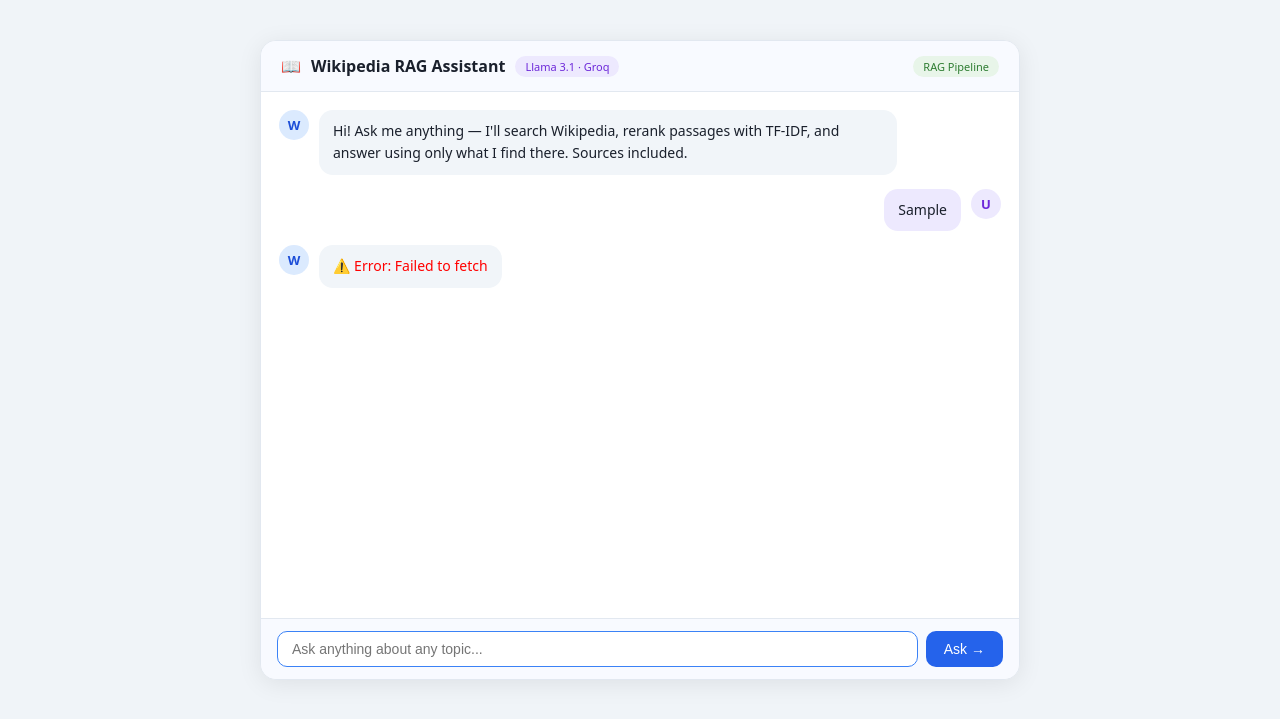
Repository: Nithyashree-1810/wikipedia_rag
Page: frontend/index.html
The author's editor kept a copy of each file at every save. The page is drawn from the files as they stood at one save, then again after a run of saves.
The browser window is 1280 px wide. The pictures show the whole page.
Empty fields were first filled with sample values (such as "Sample", 5 or name@example.com).
After loading, the first visible `#btn` was clicked once.
The page's requests for data from a server got no answer.

Above is the page before, as saved 2026-07-18 14:54:54.

### frontend/index.html
<!DOCTYPE html>
<html lang="en">
<head>
  <meta charset="UTF-8" />
  <meta name="viewport" content="width=device-width, initial-scale=1.0"/>
  <title>Wikipedia RAG Assistant</title>
  <link rel="stylesheet" href="/static/style.css" />
</head>
<body>
<div class="app">
  <div class="header">
    <span>📖</span>
    <h1>Wikipedia RAG Assistant</h1>
    <span class="model-tag">Llama 3.1 · Groq</span>
    <span class="badge">RAG Pipeline</span>
  </div>

  <div class="messages" id="messages">
    <div class="msg">
      <div class="avatar bot">W</div>
      <div class="bubble bot">
        Hi! Ask me anything — I'll search Wikipedia, rerank passages with TF-IDF, and answer using only what I find there. Sources included.
      </div>
    </div>
  </div>

  <div class="suggestions" id="suggestions"></div>

  <div class="input-row">
    <input id="inp" placeholder="Ask anything about any topic..." />
    <button id="btn" onclick="ask()">Ask →</button>
  </div>
</div>
<script src="/static/app.js"></script>
</body>
</html>

### frontend/style.css
* { box-sizing: border-box; margin: 0; padding: 0; }

body {
  font-family: system-ui, sans-serif;
  background: #f0f4f8;
  color: #1a202c;
  min-height: 100vh;
  display: flex;
  align-items: center;
  justify-content: center;
}

.app {
  width: 760px;
  height: 640px;
  display: flex;
  flex-direction: column;
  background: #fff;
  border-radius: 16px;
  border: 1px solid #e2e8f0;
  overflow: hidden;
  box-shadow: 0 4px 24px rgba(0,0,0,0.08);
}

.header {
  padding: 14px 20px;
  border-bottom: 1px solid #e2e8f0;
  background: #f8faff;
  display: flex;
  align-items: center;
  gap: 10px;
}
.header h1 { font-size: 16px; font-weight: 600; }
.badge {
  margin-left: auto;
  font-size: 11px;
  background: #e8f5e9;
  color: #2e7d32;
  padding: 3px 10px;
  border-radius: 20px;
  font-weight: 500;
}
.model-tag {
  font-size: 11px;
  background: #ede9fe;
  color: #6d28d9;
  padding: 3px 10px;
  border-radius: 20px;
}

.messages {
  flex: 1;
  overflow-y: auto;
  padding: 18px;
  display: flex;
  flex-direction: column;
  gap: 14px;
}

.msg { display: flex; gap: 10px; animation: fadeUp 0.2s ease; }
.msg.user { flex-direction: row-reverse; }

@keyframes fadeUp {
  from { opacity: 0; transform: translateY(6px); }
  to   { opacity: 1; transform: translateY(0); }
}

.avatar {
  width: 30px; height: 30px;
  border-radius: 50%;
  display: flex; align-items: center; justify-content: center;
  font-size: 13px; font-weight: 600; flex-shrink: 0;
}
.avatar.bot  { background: #dbeafe; color: #1d4ed8; }
.avatar.user { background: #ede9fe; color: #6d28d9; }

.bubble {
  max-width: 80%;
  padding: 10px 14px;
  border-radius: 14px;
  font-size: 14px;
  line-height: 1.6;
}
.bubble.bot  { background: #f1f5f9; }
.bubble.user { background: #ede9fe; }

.meta {
  font-size: 11px;
  color: #94a3b8;
  margin-top: 5px;
}

.sources { margin-top: 8px; display: flex; flex-wrap: wrap; gap: 5px; }
.pill {
  font-size: 11px;
  background: #dbeafe;
  color: #1d4ed8;
  padding: 3px 9px;
  border-radius: 20px;
  text-decoration: none;
}
.pill:hover { background: #bfdbfe; }

.cached-badge {
  font-size: 10px;
  background: #fef9c3;
  color: #854d0e;
  padding: 2px 7px;
  border-radius: 20px;
  margin-left: 6px;
}

.suggestions {
  display: flex; flex-wrap: wrap; gap: 6px;
  padding: 8px 18px 0;
}
.sug {
  font-size: 12px; padding: 5px 12px;
  border-radius: 20px;
  border: 1px solid #e2e8f0;
  cursor: pointer;
  background: #f8faff;
  color: #64748b;
  transition: all 0.15s;
}
.sug:hover { background: #fff; color: #1a202c; border-color: #94a3b8; }

.input-row {
  padding: 12px 16px;
  border-top: 1px solid #e2e8f0;
  display: flex; gap: 8px;
  background: #f8faff;
}
input {
  flex: 1; padding: 9px 14px;
  border: 1px solid #e2e8f0;
  border-radius: 10px;
  font-size: 14px; outline: none;
  background: #fff;
}
input:focus { border-color: #3b82f6; }

button {
  padding: 9px 18px;
  background: #2563eb; color: #fff;
  border: none; border-radius: 10px;
  font-size: 14px; font-weight: 500;
  cursor: pointer; transition: background 0.15s;
}
button:hover { background: #1d4ed8; }
button:disabled { opacity: 0.5; cursor: not-allowed; }

.dots span { animation: b 1.2s infinite; }
.dots span:nth-child(2) { animation-delay: .2s; }
.dots span:nth-child(3) { animation-delay: .4s; }
@keyframes b { 0%,80%,100%{opacity:0} 40%{opacity:1} }

### frontend/app.js
let sessionId = null;
let history = [];

const suggestions = [
  "Who is Marie Curie?",
  "What is quantum entanglement?",
  "History of the internet",
  "How do black holes form?",
  "What is machine learning?"
];

function renderSuggestions() {
  const box = document.getElementById("suggestions");
  box.innerHTML = suggestions
    .map(s => `<span class="sug" onclick="useSuggestion('${s}')">${s}</span>`)
    .join("");
}

function useSuggestion(text) {
  document.getElementById("inp").value = text;
  document.getElementById("suggestions").style.display = "none";
  ask();
}

function addMessage(role, html, meta = "") {
  const msgs = document.getElementById("messages");
  const div = document.createElement("div");
  div.className = `msg ${role}`;
  div.innerHTML = `
    <div class="avatar ${role}">${role === "bot" ? "W" : "U"}</div>
    <div class="bubble ${role}">
      ${html}
      ${meta ? `<div class="meta">${meta}</div>` : ""}
    </div>`;
  msgs.appendChild(div);
  msgs.scrollTop = msgs.scrollHeight;
  return div;
}

function addThinking() {
  return addMessage("bot", `<div class="dots"><span>•</span><span>•</span><span>•</span></div>`);
}

async function ask() {
  const inp = document.getElementById("inp");
  const btn = document.getElementById("btn");
  const question = inp.value.trim();
  if (!question) return;

  document.getElementById("suggestions").style.display = "none";
  inp.value = "";
  btn.disabled = true;

  addMessage("user", question);
  const thinking = addThinking();

  try {
    const res = await fetch("/ask", {
      method: "POST",
      headers: { "Content-Type": "application/json" },
      body: JSON.stringify({ question, session_id: sessionId, history })
    });

    if (!res.ok) {
      const err = await res.json();
      throw new Error(err.detail || "Server error");
    }

    const data = await res.json();
    sessionId = data.session_id;

    history.push({ role: "user", content: question });
    history.push({ role: "assistant", content: data.answer });
    if (history.length > 10) history = history.slice(-10);

    thinking.remove();

    const pills = data.sources
      .map(s => `<a class="pill" href="${s.url}" target="_blank">📄 ${s.title}</a>`)
      .join("");

    const cachedBadge = data.cached
      ? `<span class="cached-badge">⚡ cached</span>` : "";

    const meta = `${data.chunks_used} chunks used ${cachedBadge}`;

    addMessage(
      "bot",
      `${data.answer.replace(/\n/g, "<br>")}<div class="sources">${pills}</div>`,
      meta
    );

  } catch (e) {
    thinking.remove();
    addMessage("bot", `<span style="color:red">⚠️ Error: ${e.message}</span>`);
  }

  btn.disabled = false;
  inp.focus();
}

document.addEventListener("DOMContentLoaded", () => {
  renderSuggestions();
  document.getElementById("inp").addEventListener("keydown", e => {
    if (e.key === "Enter") ask();
  });
});

After the next 2 saves:
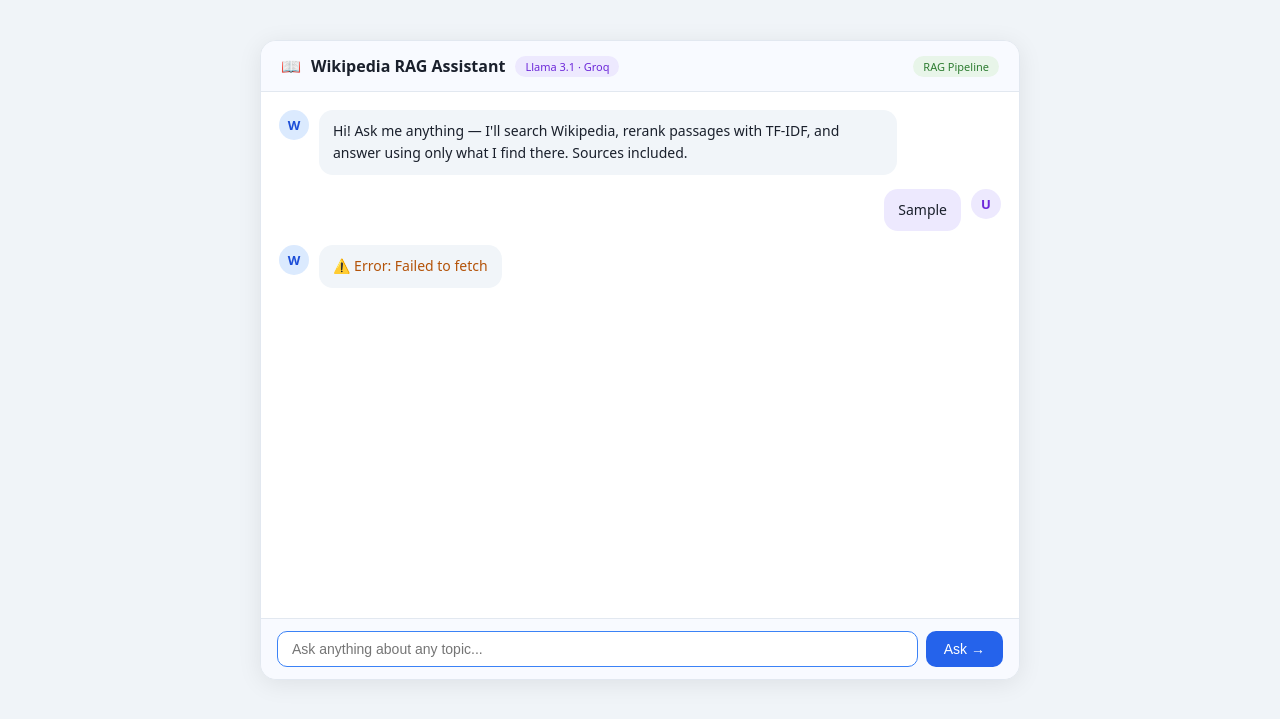
The 2 saves are shown as one change because they came seconds apart.
The last was saved 24 s later.
--- a/frontend/app.js
+++ b/frontend/app.js
@@ -90,9 +90,13 @@ async function ask() {
       meta
     );
 
-  } catch (e) {
+   } catch (e) {
     thinking.remove();
-    addMessage("bot", `<span style="color:red">⚠️ Error: ${e.message}</span>`);
+    const isNotFound = e.message.includes("404") || e.message.includes("No Wikipedia");
+    const msg = isNotFound
+      ? "⚠️ No Wikipedia article found for that query. Try rephrasing or using more specific keywords."
+      : `⚠️ Error: ${e.message}`;
+    addMessage("bot", `<span style="color:#b45309">${msg}</span>`);
   }
 
   btn.disabled = false;
